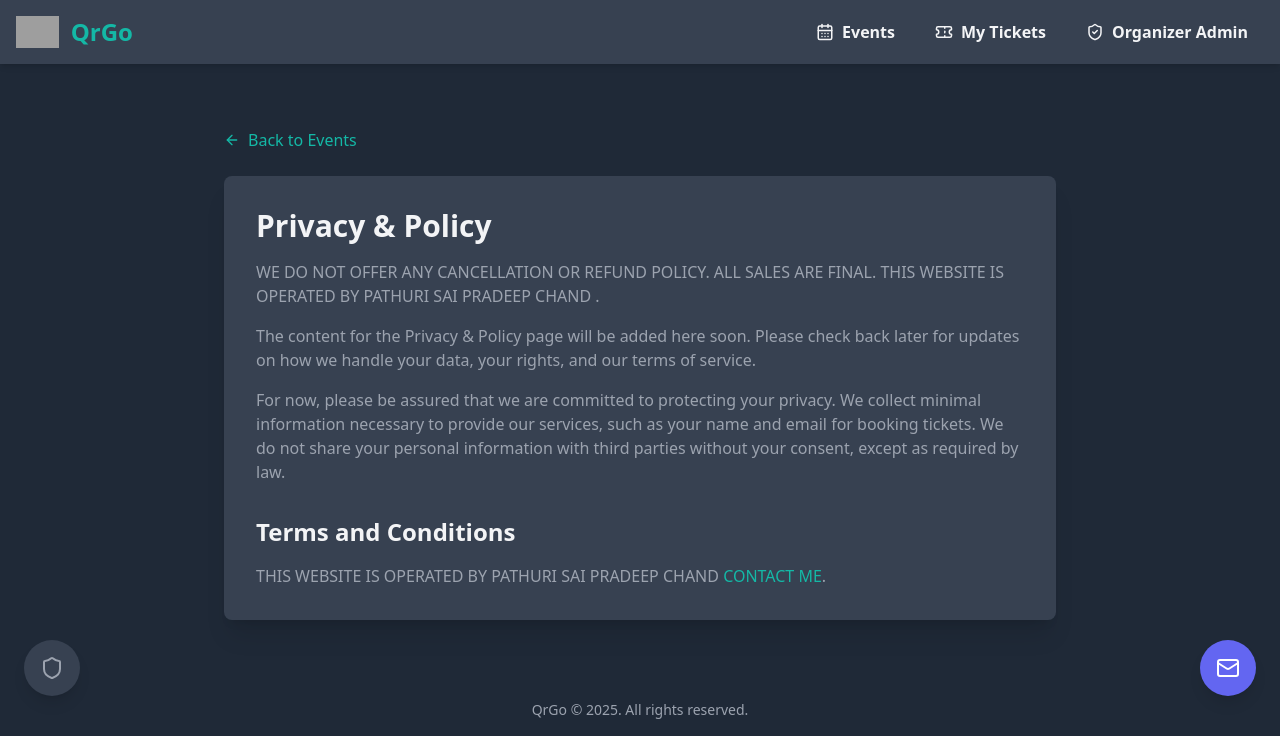
Repository: Dhakshin2007/QrGo
Page: /#/privacy-policy
The author's editor kept a copy of each file at every save. The page is drawn from the files as they stood at one save, then again after the next save.
The browser window is 1280 px wide. The pictures show the whole page.
Pictures or frames that could not be fetched are drawn as grey boxes. Some web libraries are served in a nearby version. The project was rebuilt for these pictures with package versions that can differ from the ones it lists, and the page was loaded fresh each time. Also part of the build but not shown: vite.config.ts, components/EventCard.tsx, pages/HomePage.tsx, pages/BookingPage.tsx, components/TicketCard.tsx, pages/MyTicketsPage.tsx, services/aiService.ts, pages/AdminPage.tsx.

Above is the page before, as saved 2025-08-10 12:54:44.

After the next save:
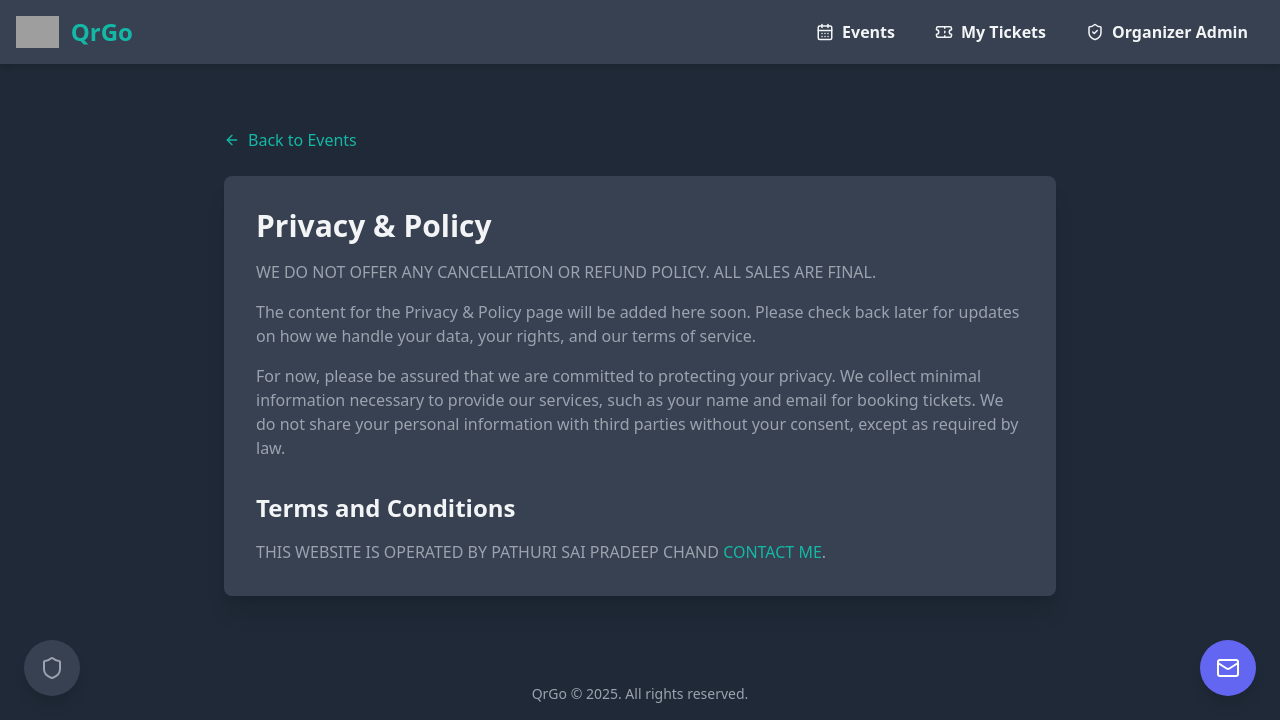
Saved 18 s later.
--- a/pages/PrivacyPolicyPage.tsx
+++ b/pages/PrivacyPolicyPage.tsx
@@ -14,7 +14,6 @@ const PrivacyPolicyPage: React.FC = () => {
         <div className="space-y-4 text-on-surface-secondary">
           <p>
             WE DO NOT OFFER ANY CANCELLATION OR REFUND POLICY. ALL SALES ARE FINAL.
-            THIS WEBSITE IS OPERATED BY PATHURI SAI PRADEEP CHAND .
             </p>
             <p>
             The content for the Privacy & Policy page will be added here soon.
